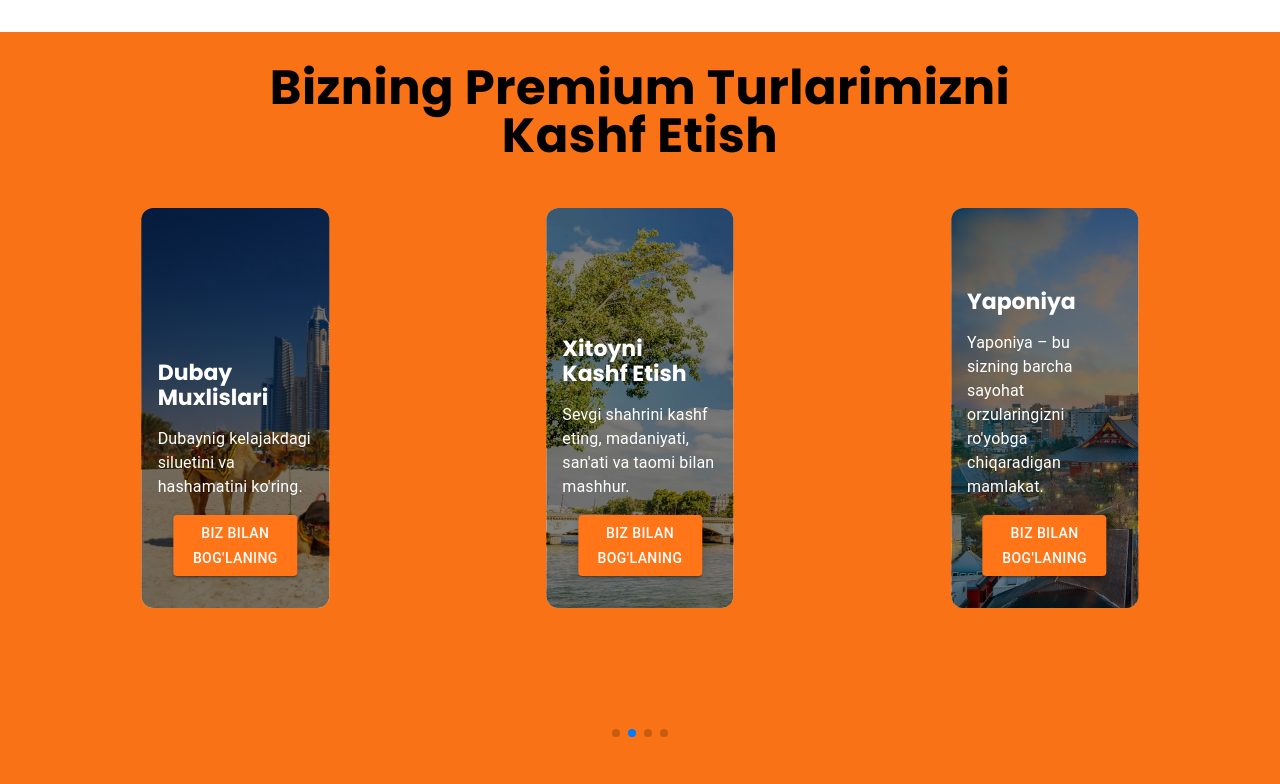
Repository: OgabekErkinov/i-am-tourist
Page: /
These files come from the project's save history. The page is drawn as it stood at one moment and after the next save; the edit follows.
The browser window is 1280 px wide. The pictures show the whole page.
The project was rebuilt for these pictures with package versions that can differ from the ones it lists, and the page was loaded fresh each time. Also part of the build but not shown: vite.config.js, src/components/navbar/LightDarkButton.jsx, src/I18/i18.js, src/components/navbar/languages/LanguageButton.jsx, src/components/navbar/NavbarItem.jsx, src/components/navbar/SocialNetworks.jsx, src/components/navbar/Logo.jsx, src/components/navbar/SectionsLinks.jsx and 7 more.

Above is the page before, as saved 2024-12-24 16:14:05.

### index.html
<!doctype html>
<html lang="en">
  <head>
    <meta charset="UTF-8" />
    <link rel="icon" type="image/svg+xml" href="https://www.ifly.com.uz/assets/logo-BPA5zOgc.png" />
    <meta name="viewport" content="width=device-width, initial-scale=1.0" />
    <link rel="preconnect" href="https://fonts.googleapis.com">
    <link rel="preconnect" href="https://fonts.gstatic.com" crossorigin>
    <link href="https://fonts.googleapis.com/css2?family=Poppins:ital,wght@0,100;0,200;0,300;0,400;0,500;0,600;0,700;0,800;0,900;1,100;1,200;1,300;1,400;1,500;1,600;1,700;1,800;1,900&display=swap" rel="stylesheet">
    <title>iFLY.com</title>
  </head>
  <body>
    <div id="root"></div>
    <script type="module" src="/src/main.jsx"></script>
  </body>
</html>

### src/index.css
/* Universal Reset */
* {
  margin: 0;
  padding: 0;
  box-sizing: border-box;
}


/* Root Container */
#root {
  max-width: 1900px;
  margin: 0 auto;
  display: flex;
  flex-direction: column;
  align-items: center;
  justify-content: center;
  font-family: 'Poppins';
  box-sizing: border-box;
}

### src/App.jsx
import { Stack } from "@mui/material"
import Header from "./components/header/Header"
import Main from "./components/main/Main"

function App() {


  return (
    <Stack width='100%'
           height='auto'
           alignItems='center'
           gap='1rem'>
        <Header/>
        <Main/>
    </Stack>



  )
}

export default App

### src/components/header/Header.jsx
import { Box, Stack } from '@mui/material';
import Navbar from '../navbar/Navbar';
import Slider from './Slider';
import React from 'react';
import Cards from '../cards/Cards';

const Header = () => {
  return (
    <Stack height="auto"
           width='100%'
           gap="2rem"
           marginBottom='1rem'
           boxSizing="border-box">
             <Stack width="100%"
                    height="auto"
                    alignItems='center'>
                         {/* <Box width="100%"
                              height="10vh"
                              bgcolor="transparent">
                        </Box> */}
                        {/* <Navbar /> */}
                        {/* <Slider /> */}
               </Stack>
               {/* <Cards /> */}
    </Stack>
  );
}

export default Header;

### src/components/main/Main.jsx
import { Stack } from '@mui/material'
import React from 'react'
import PremiumTours from '../premium/PremiumTours'
import TourPlaces from '../tourPlaces/TourPlaces'
import About from '../about/About'

const Main = () => {
  return (
    <Stack width={'100%'}
           height={'auto'}
           alignItems={'center'}
           gap='1rem'>
        <PremiumTours/>
        {/* <TourPlaces/> */}
        {/* <About/> */}

    </Stack>
  )
}

export default Main

### src/components/premium/PremiumTours.jsx
import React from 'react';
import { Stack, Typography, Box } from '@mui/material';
import 'swiper/css';
import 'swiper/css/effect-fade';
import 'swiper/css/pagination';
import 'swiper/css/autoplay';
import { Swiper, SwiperSlide } from 'swiper/react';
import { Navigation, Pagination, Scrollbar, Autoplay } from 'swiper/modules';
import { premiumToursServices } from '../../Database/db';
import PremiumItem from './PremiumItem';

const PremiumTours = () => {

  return (
    <Stack height={'auto'}
           width={'100%'}
           padding={'2rem 2rem'}
           bgcolor={'#F97316'}
           boxSizing={'border-box'} >
          <Stack height={'100%'}
                 width={'100%'}
                 justifyContent={'space-between'}
                 alignItems={'center'}
                 gap={'2rem'}>
              {/* Title */}
                <Typography fontFamily={'Poppins'}
                            width={'70%'}
                            fontSize={'48px'}
                            lineHeight={'48px'}
                            fontWeight={'bold'}
                            textAlign={'center'}
                            height={'auto'}
                            sx={{
                              '@media (max-width: 900px)': {
                               fontSize: '36px',
                               lineHeight: '40px',
                                },
                              '@media (max-width: 600px)': {
                                fontSize: '24px',
                                lineHeight: '28px',
                                },
                               }}>
                               Bizning Premium Turlarimizni Kashf Etish
                 </Typography>
            {/* Slider */}
                 <Box display={'flex'}
                      alignItems={'center'}
                      justifyContent={'center'}
                      height={'35rem'}
                      width={'100%'}>
                      <Swiper
                          modules={[Navigation, Pagination, Scrollbar, Autoplay]}
                          autoplay={{ delay: 2500, disableOnInteraction: false }}
                          navigation
                          pagination={{ clickable: false }}
                          scrollbar={{ draggable: true }}
                          loop={true}
                          style={{
                               width: '100%',
                               height: '100%',
                               padding : '1rem',
                               display : 'flex',
                               justifyContent : 'center',
                               alignItems : 'center' }}
                          breakpoints={{
                               524: {
                                  slidesPerView: 1,
                                  spaceBetween: 10 },
                               900: {
                                  slidesPerView: 2,
                                  spaceBetween: 20 },
                              1200: {
                                  slidesPerView: 3,
                                  spaceBetween: 30 } }}>
                          {
                           premiumToursServices?.map((tour, idx) => {
                                  return (
                                         <SwiperSlide key={idx}>
                                                 <PremiumItem tour={tour} />
                                           </SwiperSlide>
                                          );  })
                           }
                       </Swiper>
                  </Box>
            </Stack>
    </Stack>
  );
};

export default PremiumTours;

### src/Database/db.js
export const social_medias = [
    {
        id : 1,
        name : 'facebook',
        link : 'https://www.facebook.com',
        pathD : 'M279.14 288l14.22-92.66h-88.91v-60.13c0-25.35 12.42-50.06 52.24-50.06h40.42V6.26S260.43 0 225.36 0c-73.22 0-121.08 44.38-121.08 124.72v70.62H22.89V288h81.39v224h100.17V288z'
    },
    {
        id : 2,
        name : 'twitter',
        url : 'https://www.twitter.com',
        pathD : 'M419.37 151.716c.325 4.548.325 9.097.325 13.645 0 138.72-105.583 298.558-298.558 298.558-59.452 0-114.68-17.219-161.137-47.106 8.447.974 16.568 1.299 25.34 1.299 49.055 0 94.213-16.568 130.274-44.832-46.132-.975-84.792-31.188-98.112-72.772 6.498.974 12.995 1.624 19.818 1.624 9.421 0 18.843-1.3 27.614-3.573-48.081-9.747-84.143-51.98-84.143-102.985v-1.299c13.969 7.797 30.214 12.67 47.431 13.319-28.264-18.843-46.781-51.005-46.781-87.391 0-19.492 5.197-37.36 14.294-52.954 51.655 63.675 129.3 105.258 216.365 109.807-1.624-7.797-2.599-15.918-2.599-24.04 0-57.828 46.782-104.934 104.934-104.934 30.213 0 57.502 12.67 76.67 33.137 23.715-4.548 46.456-13.32 66.599-25.34-7.798 24.366-24.366 44.833-46.132 57.827 21.117-2.273 41.584-8.122 60.426-16.243-14.292 20.791-32.161 39.308-52.628 54.253z'
    },
    {
        id : 3,
        name : 'instagram',
        url : 'https://www.instagram.com/ifly.com.uz',
        pathD : 'M224.1 141c-63.6 0-114.9 51.3-114.9 114.9s51.3 114.9 114.9 114.9S339 319.5 339 255.9 287.7 141 224.1 141zm0 189.6c-41.1 0-74.7-33.5-74.7-74.7s33.5-74.7 74.7-74.7 74.7 33.5 74.7 74.7-33.6 74.7-74.7 74.7zm146.4-194.3c0 14.9-12 26.8-26.8 26.8-14.9 0-26.8-12-26.8-26.8s12-26.8 26.8-26.8 26.8 12 26.8 26.8zm76.1 27.2c-1.7-35.9-9.9-67.7-36.2-93.9-26.2-26.2-58-34.4-93.9-36.2-37-2.1-147.9-2.1-184.9 0-35.8 1.7-67.6 9.9-93.9 36.1s-34.4 58-36.2 93.9c-2.1 37-2.1 147.9 0 184.9 1.7 35.9 9.9 67.7 36.2 93.9s58 34.4 93.9 36.2c37 2.1 147.9 2.1 184.9 0 35.9-1.7 67.7-9.9 93.9-36.2 26.2-26.2 34.4-58 36.2-93.9 2.1-37 2.1-147.8 0-184.8zM398.8 388c-7.8 19.6-22.9 34.7-42.6 42.6-29.5 11.7-99.5 9-132.1 9s-102.7 2.6-132.1-9c-19.6-7.8-34.7-22.9-42.6-42.6-11.7-29.5-9-99.5-9-132.1s-2.6-102.7 9-132.1c7.8-19.6 22.9-34.7 42.6-42.6 29.5-11.7 99.5-9 132.1-9s102.7-2.6 132.1 9c19.6 7.8 34.7 22.9 42.6 42.6 11.7 29.5 9 99.5 9 132.1s2.7 102.7-9 132.1z'
    },
    {
        id : 4,
        name : 'linkedIn',
        url : 'https://www.linkedin.com',
        pathD : 'M100.28 448H7.4V148.9h92.88zM53.79 108.1C24.09 108.1 0 83.5 0 53.8a53.79 53.79 0 0 1 107.58 0c0 29.7-24.1 54.3-53.79 54.3zM447.9 448h-92.68V302.4c0-34.7-.7-79.2-48.29-79.2-48.29 0-55.69 37.7-55.69 76.7V448h-92.78V148.9h89.08v40.8h1.3c12.4-23.5 42.69-48.3 87.88-48.3 94 0 111.28 61.9 111.28 142.3V448z'
    },
    {
        id : 5,
        name : 'youtube',
        url : 'https://www.youtube.com',
        pathD : 'M549.655 124.083c-6.281-23.65-24.787-42.276-48.284-48.597C458.781 64 288 64 288 64S117.22 64 74.629 75.486c-23.497 6.322-42.003 24.947-48.284 48.597-11.412 42.867-11.412 132.305-11.412 132.305s0 89.438 11.412 132.305c6.281 23.65 24.787 41.5 48.284 47.821C117.22 448 288 448 288 448s170.78 0 213.371-11.486c23.497-6.321 42.003-24.171 48.284-47.821 11.412-42.867 11.412-132.305 11.412-132.305s0-89.438-11.412-132.305zm-317.51 213.508V175.185l142.739 81.205-142.739 81.201z'
    }
]

export const navLinks = [
    {
        id : 6,
        name : 'Excursions',
        link : '#excursions'
    },
    {
        id : 7,
        name : 'City',
        link : '#city'
    },
    {
        id : 8,
        name : 'About',
        link : '#about'
    },
    {
        id : 9,
        name : 'Contact',
        link : '#contact'
    }
]

export const SliderItems = [
    {
        url : '/malakali.jpg',
        heading : 'Malakali shahar',
        paragraph : "Dunyoning ko'ngilochar poytaxtiga sho'ng'ing."
    },
    {
        url : '/turkiya.jpg',
        heading : 'Sehrli Turkiya',
        paragraph : "Turkiyaning boy tarixi va ajoyib manzaralarini o'rganing."
    },
    {
        url : '/orol.jpg',
        heading : 'Orol chekinishi',
        paragraph : 'Ajoyib orol landshaftlari orasida tinchlikni his eting.'
    },
    {
        url : '/yaponiya.jpg',
        heading : 'Yaponiya',
        paragraph : "Zamonaviy hayot va qadimiy an'analar mamlakati"
    },
    {
        url : '/dubai.jpg',
        heading : "Dubayni kashf eting",
        paragraph : "Birlashgan Arab Amirliklarida hashamat, innovatsiyalar va sarguzashtlarni kashf eting."

    },
    {
        url : '/xitoyni.jpg',
        heading : 'Xitoyni kashf qiling',
        paragraph : "Xitoy: qadimgi tarix, Buyuk devor, innovatsiyalar, jonli madaniyat."
    },
    {
        url : '/tailand.jpg',
        heading : 'Tropik Tailand',
        paragraph : "Chiroyli plyajlarda dam oling va mazali taomlarni tatib ko'ring."
    }
]

export const addBanners = [
    {
        heading : 'Ajoyib plyaj',
        paragraph : 'Zamonaviy plyajlarni kashf eting va quyosh ostida dam oling.'
    },
    {
        heading : "Tog' sarguzashtlari",
        paragraph : "Qiziqarli tog' sayohatiga chiqing va tabiatni o'rganing."
    },
    {
        heading : 'Shahar sayohatlari',
        paragraph : "Qiziqarli tog' sayohatiga chiqing va tabiatni o'rganing."
    }
]

export const languages = [
    {
        lang : "o'zbek",
        flag : '/uzbekistan.png',
        translator : 'uz'
    },
    {
        lang : 'english',
        flag : '/united-states.png',
        translator : 'en'
    },
    {
        lang : 'русский',
        flag : '/russia.png',
        translator : 'ru'
    }
]

export const premiumToursServices = [
    {
        title : 'Tokio Sarguzashtlari',
        paragraph : "Yaponiya yuragida an'ana va texnologiyaning uyg'unligini his eting.",
        image : '/tokioprem.jpg'
    },
    {
        title : 'Dubay Muxlislari',
        paragraph : "Dubaynig kelajakdagi siluetini va hashamatini ko'ring.",
        image : '/dubaipremium.jpg'
    },
    {
        title : 'Xitoyni Kashf Etish',
        paragraph : "Sevgi shahrini kashf eting, madaniyati, san'ati va taomi bilan mashhur.",
        image : '/xitoyprem.jpg'
    },
    {
        title : 'Yaponiya',
        paragraph : "Yaponiya – bu sizning barcha sayohat orzularingizni ro'yobga chiqaradigan mamlakat.",
        image : '/xitoypremium.jpg'
    }
]

export const tourPlaces = [
    {
        image : '/yaponiya.jpg',
        title : 'Tokio, Yaponiya',
        paragraph : "Tokio Yaponiya poytaxti bo'lib, an'anaviy binolarni zamonaviy osmono'parlar bilan birlashtirish."
    },
    {
        image : '/orol.jpg',
        title : 'Orol joyi',
        paragraph : "Shahar shovqinidan uzoqda, tabiatning ajoyib go'zalligida dam oling."
    },
    {
        image : '/dubai.jpg',
        title : 'Dubay, BAA',
        paragraph : "Dubayning hargi skylinesi va hashamatini guvohi boling."
    },
    {
        image : '/vetnam.jpg',
        title : 'Vetnam sarguzashti',
        paragraph : "Vetnamning go'zalligiga kirib boring, rang- barang guruch teraslari va noyob madaniyat bilan tanishing!"
    },
    {
        image : '/maldiv.jpg',
        title : 'Maldivlar',
        paragraph : "Oq qumli plyajlar va toza suvlar bilan tropik jannatda dam oling. Hashamatli kurortlar va ajoyib suv osti dunyosidan zavq oling!"
    },
    {
        image : '/tailand.jpg',
        title : 'Tropik Tailand',
        paragraph : "Tailand chiroyli orollari, ko'chada oziq-ovqat va boy madaniyat merosi bilan mashhur."
    },
    {
        image : '/turkiya.jpg',
        title : "Mo'jizaviy Turkiya",
        paragraph : "Turkiyaning boy tarixini va go'zal manzaralarini kashf eting."
    }
]

export const services = [
    {
        pathD : 'M480 192H365.71L260.61 8.06A16.014 16.014 0 0 0 246.71 0h-65.5c-10.63 0-18.3 10.17-15.38 20.39L214.86 192H112l-43.2-57.6c-3.02-4.03-7.77-6.4-12.8-6.4H16.01C5.6 128-2.04 137.78.49 147.88L32 256 .49 364.12C-2.04 374.22 5.6 384 16.01 384H56c5.04 0 9.78-2.37 12.8-6.4L112 320h102.86l-49.03 171.6c-2.92 10.22 4.75 20.4 15.38 20.4h65.5c5.74 0 11.04-3.08 13.89-8.06L365.71 320H480c35.35 0 96-28.65 96-64s-60.65-64-96-64z',
        title : 'Xalqaro Sayohat',
        paragraph : "Dunyodagi eng go'zal joylarga sayohatlarni tashkil etamiz.",
        color : 'blue'
    },
    {
        icon : 'M560 64c8.84 0 16-7.16 16-16V16c0-8.84-7.16-16-16-16H16C7.16 0 0 7.16 0 16v32c0 8.84 7.16 16 16 16h15.98v384H16c-8.84 0-16 7.16-16 16v32c0 8.84 7.16 16 16 16h240v-80c0-8.8 7.2-16 16-16h32c8.8 0 16 7.2 16 16v80h240c8.84 0 16-7.16 16-16v-32c0-8.84-7.16-16-16-16h-16V64h16zm-304 44.8c0-6.4 6.4-12.8 12.8-12.8h38.4c6.4 0 12.8 6.4 12.8 12.8v38.4c0 6.4-6.4 12.8-12.8 12.8h-38.4c-6.4 0-12.8-6.4-12.8-12.8v-38.4zm0 96c0-6.4 6.4-12.8 12.8-12.8h38.4c6.4 0 12.8 6.4 12.8 12.8v38.4c0 6.4-6.4 12.8-12.8 12.8h-38.4c-6.4 0-12.8-6.4-12.8-12.8v-38.4zm-128-96c0-6.4 6.4-12.8 12.8-12.8h38.4c6.4 0 12.8 6.4 12.8 12.8v38.4c0 6.4-6.4 12.8-12.8 12.8h-38.4c-6.4 0-12.8-6.4-12.8-12.8v-38.4zM179.2 256h-38.4c-6.4 0-12.8-6.4-12.8-12.8v-38.4c0-6.4 6.4-12.8 12.8-12.8h38.4c6.4 0 12.8 6.4 12.8 12.8v38.4c0 6.4-6.4 12.8-12.8 12.8zM192 384c0-53.02 42.98-96 96-96s96 42.98 96 96H192zm256-140.8c0 6.4-6.4 12.8-12.8 12.8h-38.4c-6.4 0-12.8-6.4-12.8-12.8v-38.4c0-6.4 6.4-12.8 12.8-12.8h38.4c6.4 0 12.8 6.4 12.8 12.8v38.4zm0-96c0 6.4-6.4 12.8-12.8 12.8h-38.4c-6.4 0-12.8-6.4-12.8-12.8v-38.4c0-6.4 6.4-12.8 12.8-12.8h38.4c6.4 0 12.8 6.4 12.8 12.8v38.4z',
        title : 'Qulay Mehmonxonalar',
        paragraph : " Eng yaxshi va eng qulay mehmonxonalar bilan qoling.",
        color : 'green'
    },
    {
        icon : 'M416 320h-96c-17.6 0-32-14.4-32-32s14.4-32 32-32h96s96-107 96-160-43-96-96-96-96 43-96 96c0 25.5 22.2 63.4 45.3 96H320c-52.9 0-96 43.1-96 96s43.1 96 96 96h96c17.6 0 32 14.4 32 32s-14.4 32-32 32H185.5c-16 24.8-33.8 47.7-47.3 64H416c52.9 0 96-43.1 96-96s-43.1-96-96-96zm0-256c17.7 0 32 14.3 32 32s-14.3 32-32 32-32-14.3-32-32 14.3-32 32-32zM96 256c-53 0-96 43-96 96s96 160 96 160 96-107 96-160-43-96-96-96zm0 128c-17.7 0-32-14.3-32-32s14.3-32 32-32 32 14.3 32 32-14.3 32-32 32z',
        title : "Maxsus yo'nalishlar",
        paragraph : "Har bir mijoz uchun individual yo'nalishlarni yaratamiz.",
        color : 'orange'
    },
    {
        icon : 'M192 256c61.9 0 112-50.1 112-112S253.9 32 192 32 80 82.1 80 144s50.1 112 112 112zm76.8 32h-8.3c-20.8 10-43.9 16-68.5 16s-47.6-6-68.5-16h-8.3C51.6 288 0 339.6 0 403.2V432c0 26.5 21.5 48 48 48h288c26.5 0 48-21.5 48-48v-28.8c0-63.6-51.6-115.2-115.2-115.2zM480 256c53 0 96-43 96-96s-43-96-96-96-96 43-96 96 43 96 96 96zm48 32h-3.8c-13.9 4.8-28.6 8-44.2 8s-30.3-3.2-44.2-8H432c-20.4 0-39.2 5.9-55.7 15.4 24.4 26.3 39.7 61.2 39.7 99.8v38.4c0 2.2-.5 4.3-.6 6.4H592c26.5 0 48-21.5 48-48 0-61.9-50.1-112-112-112z',
        title : "Malakali yo'riqchilar",
        paragraph : " Har bir mijoz uchun individual yo'nalishlarni yaratamiz.",
        color : 'violet'
    }

]

### src/components/premium/PremiumItem.jsx
import { Box, Button, Stack, Typography } from '@mui/material';
import React from 'react';

const PremiumItem = ({ tour }) => {
  return (
    <Box height="25rem"
         display="flex"
         justifyContent="center"
         alignItems="center"
         borderRadius="12px"
         overflow="hidden"
         position="relative"
         sx={{
             transition : '0.3s',
             backgroundImage: `url(${tour?.image})`,
             backgroundSize: 'cover',
             '@media(min-width : 300px)' : {
                         width : '90%',
                         marginX : 'auto'  },
             '@media(min-width : 525px)' : {
                         width : '50%' },
              '&:hover' : {
                transform : 'scale(1.1)',
                transition : '0.3s',
              } }} >
         <Stack height="100%"
                width="100%"
                padding="2rem 0"
                boxSizing="border-box"
                borderRadius="12px"
                alignItems="center"
                bgcolor="rgba(0, 0, 0, 0.5)"
                position="absolute"
                zIndex={1}
                sx={{
                  '@media(min-width : 300px)' : {
                         justifyContent : 'center',
                         alignItems : 'center',
                         paddingX : '1rem',
                         gap : '1rem' },
                  '@media(min-width : 524px)' : {
                         justifyContent : 'flex-end',
                         alignItems : 'start' } }} >
                 <Typography variant="h3"
                             sx={{
                               fontWeight: 'bold',
                               fontFamily: 'Poppins',
                               color: 'white',
                               textAlign: 'start',
                               paddingRight: '10px',
                               margin: 0,
                               width: 'auto',
                              '@media (min-width: 300px)': {
                                      fontSize: '18px'  },
                              '@media (min-width : 524px)' : {
                                      fontSize : '22px'  }  }}  >
                               {tour.title}
                  </Typography>
                  <Typography width="auto"
                              sx={{
                                color: 'white',
                                textAlign: 'start',
                               '@media (min-width: 300px)': {
                                        fontSize: '12px',
                                        height : 'auto',
                                        textAlign : 'center' },
                                '@media (min-width : 524px)' : {
                                        fontSize : '16px',
                                        textAlign : 'start' } }}>
                                        {tour.paragraph}
                   </Typography>
                   <Button variant="contained"
                           sx={{
                              color: 'white',
                              backgroundColor: '#FF7518',
                              width : '80%',
                              margin : '0 auto' }}>
                           Biz bilan bog'laning
                  </Button>
      </Stack>
    </Box>
  );
};

export default PremiumItem;

Loaded but not shown: src/main.jsx (common file)

After the next save:
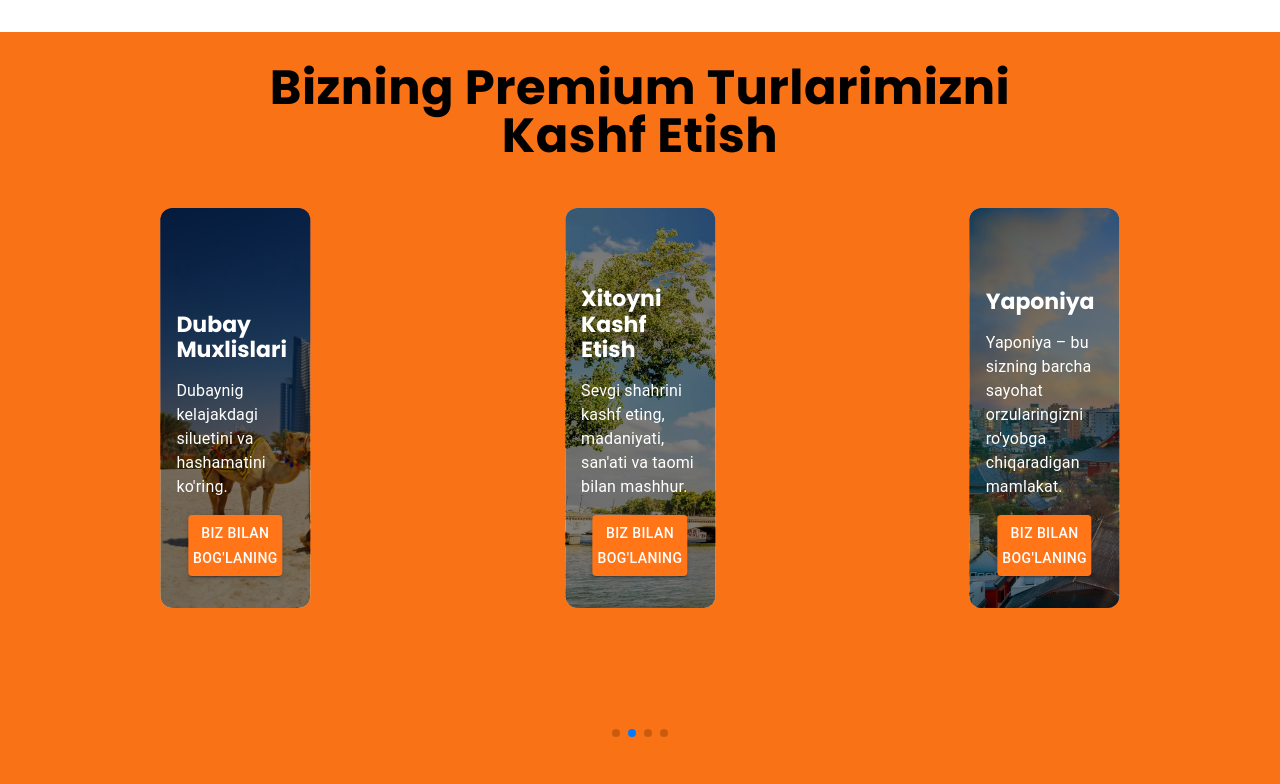
Saved 26 s later.
--- a/src/components/premium/PremiumItem.jsx
+++ b/src/components/premium/PremiumItem.jsx
@@ -18,7 +18,7 @@ const PremiumItem = ({ tour }) => {
                          width : '90%',
                          marginX : 'auto'  },
              '@media(min-width : 525px)' : {
-                         width : '50%' },
+                         width : '40%' },
               '&:hover' : {
                 transform : 'scale(1.1)',
                 transition : '0.3s',
